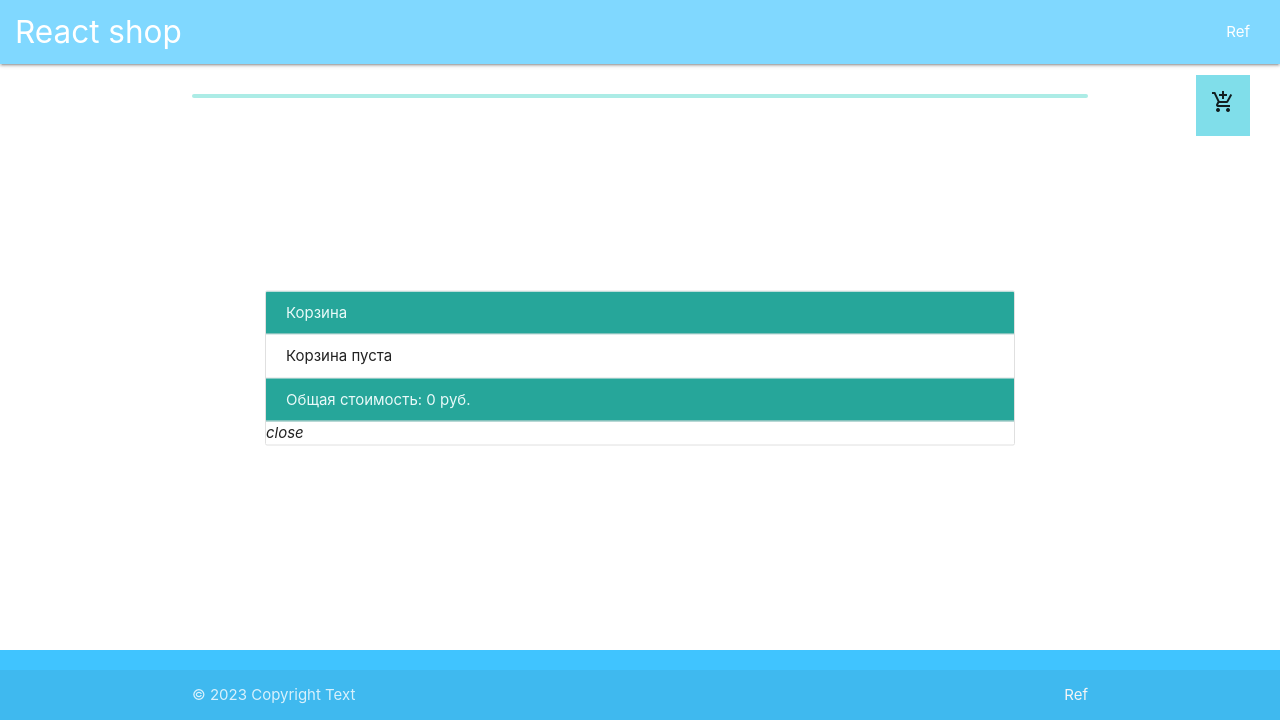
Repository: qui-qui-qui/online-shop
Page: /, after clicking the first element matching `div.cart`
The author's editor kept a copy of each file at every save. The page is drawn from the files as they stood at one save, then again after the next save.
The browser window is 1280 px wide. The pictures show the whole page.
The page's requests for data from a server got no answer. The project was rebuilt for these pictures with package versions that can differ from the ones it lists, and the page was loaded fresh each time. No one was signed in, and anything a server would have sent is missing. Also part of the build but not shown: src/components/GoodsItem.jsx, src/components/GoodsList.jsx, src/components/BasketItem.jsx.

Above is the page before, as saved 2023-01-07 18:28:42.

After the next save:
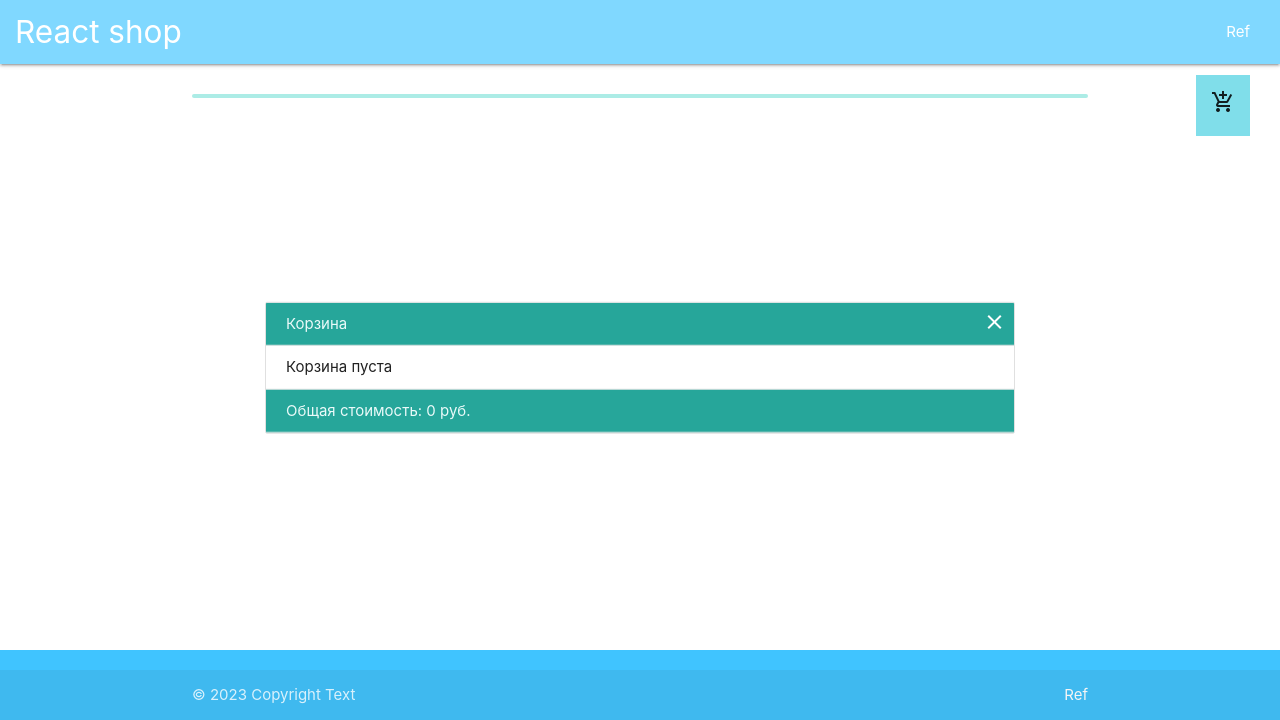
Saved 76 s later.
--- a/src/components/BasketList.jsx
+++ b/src/components/BasketList.jsx
@@ -30,7 +30,7 @@ function BasketList(props) {
         <li className="collection-item">Корзина пуста</li>
       )}
       <li className="collection-item active">Общая стоимость: {totalPrice} руб.</li>
-      <i classNameName="material-icons basket-close" onClick={handleBasketShow}>
+      <i className="material-icons basket-close" onClick={handleBasketShow}>
         close
       </i>
     </ul>
